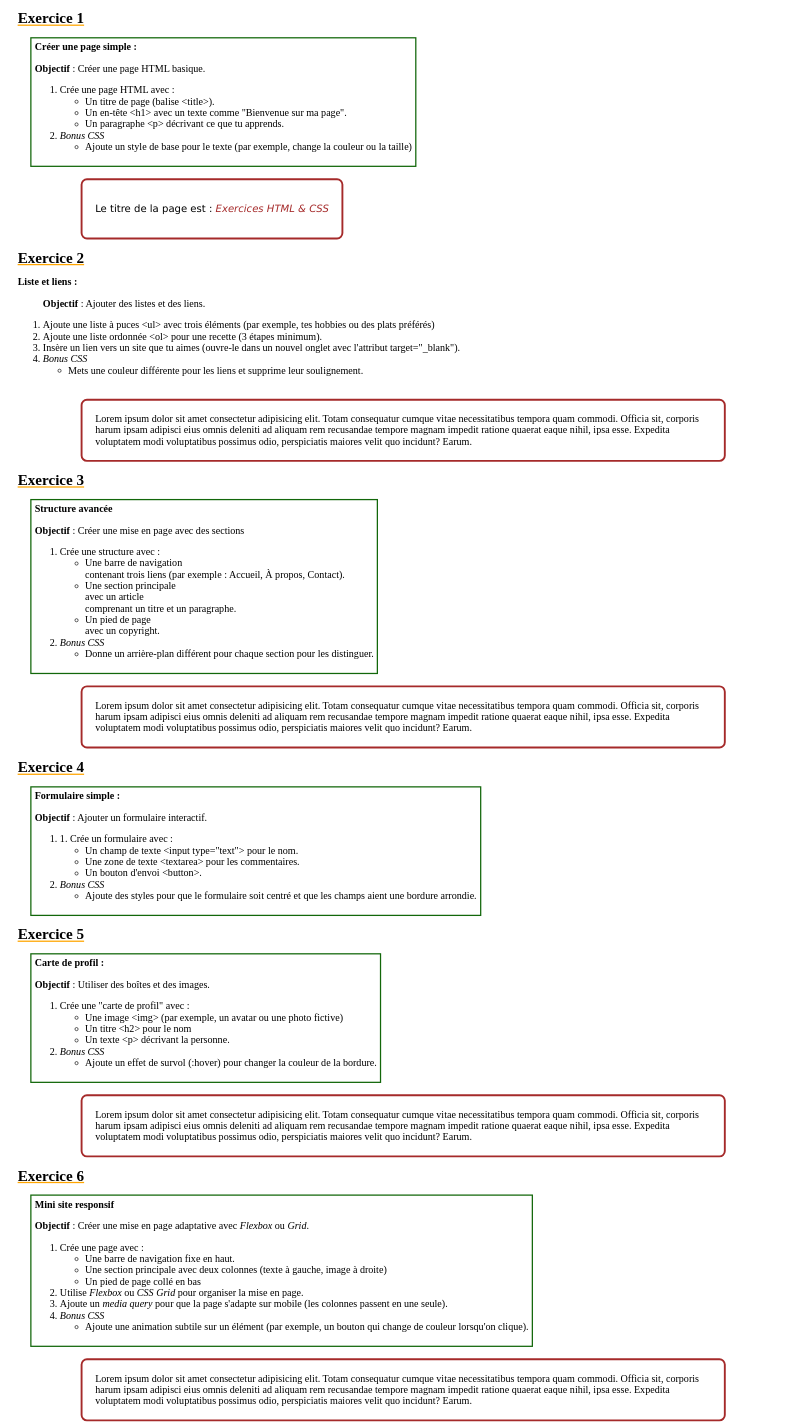
Repository: AnnaSpirit/Mimo_App
Page: Exercices_HTML&CSS.html
An editor plug-in stored every save of this project. The page is shown before and after the next save, followed by the edit.
The browser window is 1280 px wide. The pictures show the whole page, at 63% of full size.

Above is the page before, as saved 2024-12-08 12:34:17.

After the next save:
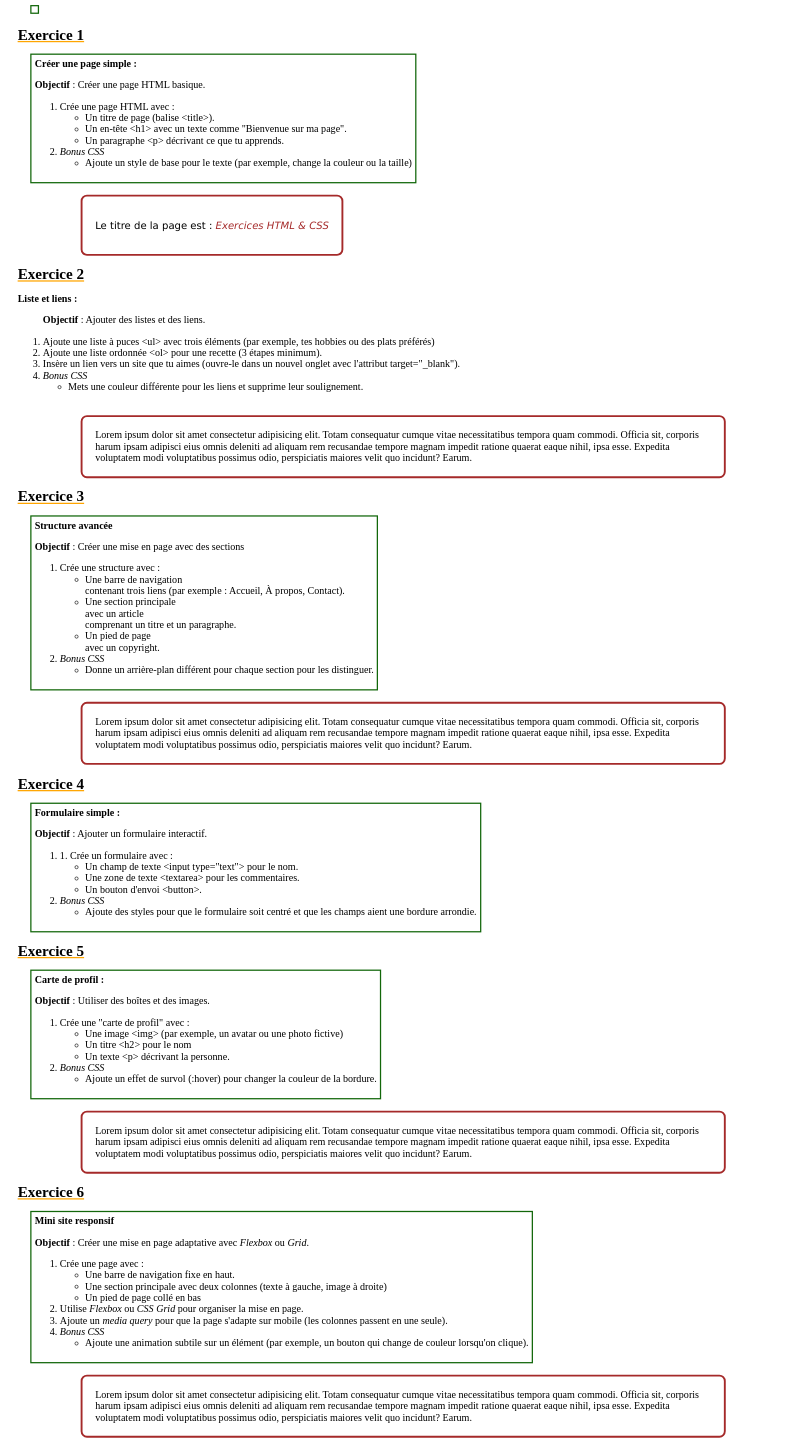
Saved 8 s later.
--- a/Exercices_HTML&CSS.html
+++ b/Exercices_HTML&CSS.html
@@ -8,7 +8,7 @@
 </head>
 <body>
 <div>
-
+    <span class="Consigne"></span>
     <h1>Exercice 1</h1>
     <span class="Consigne"><b>Créer une page simple :</b><br>
         <p><b>Objectif</b> : Créer une page HTML basique.</p>

After the save that followed:
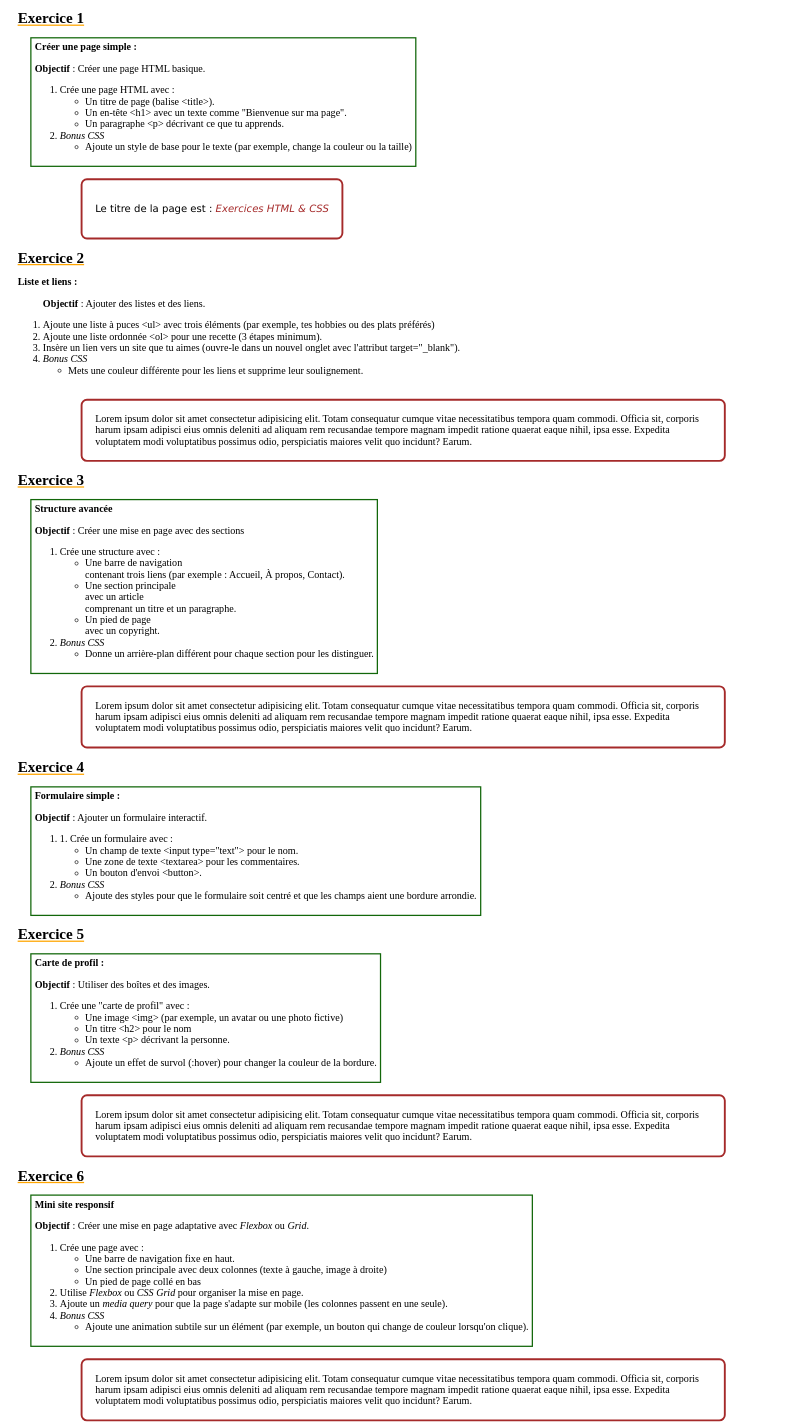
Saved 4 s later.
--- a/Exercices_HTML&CSS.html
+++ b/Exercices_HTML&CSS.html
@@ -8,7 +8,7 @@
 </head>
 <body>
 <div>
-    <span class="Consigne"></span>
+    <span class="Ex"></span>
     <h1>Exercice 1</h1>
     <span class="Consigne"><b>Créer une page simple :</b><br>
         <p><b>Objectif</b> : Créer une page HTML basique.</p>
